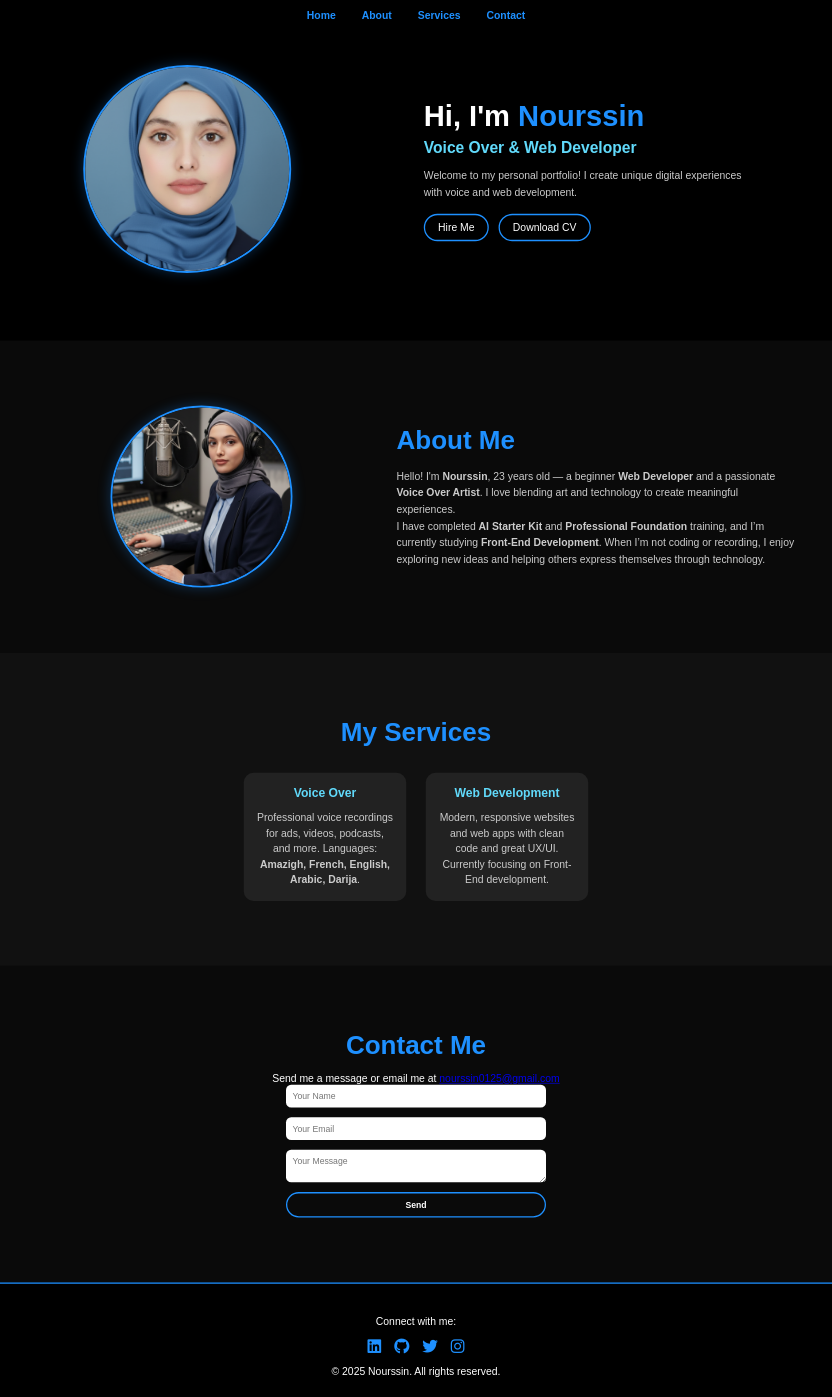
Repository: Abidar-Noura/portfolio
Page: index.html
The author's editor kept a copy of each file at every save. The page is drawn from the files as they stood at one save, then again after the next save.
The browser window is 1280 px wide. The pictures show the whole page, at 65% of full size.

Above is the page before, as saved 2025-11-02 13:37:21.

### index.html
<!DOCTYPE html>
<html lang="en">
<head>
  <link rel="stylesheet" href="https://cdnjs.cloudflare.com/ajax/libs/font-awesome/6.4.0/css/all.min.css"/>
  <meta charset="UTF-8">
  <meta name="viewport" content="width=device-width, initial-scale=1.0">
  <title>Portfolio - Nourssin</title>
  <link rel="stylesheet" href="style.css">
</head>
<body>

  <!-- ===== HEADER / NAVIGATION ===== -->
  <header>
    <nav>
      <ul>
        <li><a href="#home">Home</a></li>
        <li><a href="#about">About</a></li>
        <li><a href="#services">Services</a></li>
        <li><a href="#contact">Contact</a></li>
      </ul>
    </nav>
  </header>

  <!-- ===== HOME SECTION ===== -->
  <section class="home" id="home">
    <div class="home-content">
      <h1>Hi, I'm <span>Nourssin</span></h1>
      <h2>Voice Over & Web Developer</h2>
      <p>Welcome to my personal portfolio! I create unique digital experiences with voice and web development.</p>

      <div class="buttons">
        <a href="#contact" class="btn hire">Hire Me</a>
        <a href="files/Nourssin-CV.pdf" class="btn" download>Download CV</a>

      </div>
    </div>
    <div class="home-img">
      <img src="images/profile.png" alt="Nourssin Profile">
    </div>
  </section>



  <!-- ===== ABOUT SECTION ===== -->
 <section id="about" class="about">
  <div class="about-content">

    <!-- الصورة فاليسار -->
    <div class="about-img">
      <img src="images/nourssin-about.png" alt="Nourssin About Photo">
    </div>

    <!-- النص فاليمين -->
    <div class="about-text">
      <h2>About Me</h2>
      <p>
        Hello! I'm <strong>Nourssin</strong>, 23 years old — a beginner <strong>Web Developer</strong> and a passionate <strong>Voice Over Artist</strong>.
        I love blending art and technology to create meaningful experiences.
      </p>
      <p>
        I have completed <strong>AI Starter Kit</strong> and <strong>Professional Foundation</strong> training, and I’m currently studying <strong>Front-End Development</strong>.
        When I’m not coding or recording, I enjoy exploring new ideas and helping others express themselves through technology.
      </p>
    </div>

  </div>
</section>




  <!-- ===== SERVICES SECTION ===== -->
  <section id="services" class="services">
  <h2>My Services</h2>

  <div class="service-cards">

    <!-- Voice Over -->
    <div class="card">
      <h3>Voice Over</h3>
      <p>
        Professional voice recordings for ads, videos, podcasts, and more.
        Languages: <strong>Amazigh, French, English, Arabic, Darija</strong>.
      </p>
    </div>

    <!-- Web Development -->
    <div class="card">
      <h3>Web Development</h3>
      <p>
        Modern, responsive websites and web apps with clean code and great UX/UI.
        Currently focusing on Front-End development.
      </p>
    </div>

  </div>
</section>

  <!-- ===== CONTACT SECTION ===== -->
  <section class="contact" id="contact">
    <h2>Contact Me</h2>
    <p>Send me a message or email me at <a href="mailto:nourssin0125@gmail.com">nourssin0125@gmail.com</a></p>
    <form>
      <input type="text" placeholder="Your Name" required>
      <input type="email" placeholder="Your Email" required>
      <textarea placeholder="Your Message" required></textarea>
      <button type="submit">Send</button>
    </form>
  </section>
<!-- ===== FOOTER ===== -->
<footer>
  <p>Connect with me:</p>
  <div class="footer-socials">
    <a href="www.linkedin.com/in/noura-abidar" target="_blank"><i class="fab fa-linkedin"></i></a>
    <a href="https://github.com/Nourssin" target="_blank"><i class="fab fa-github"></i></a>
    <a href="https://x.com/Nourssin261505" target="_blank"><i class="fab fa-twitter"></i></a>
    <a href="https://www.instagram.com/nour.ssin.08" target="_blank"><i class="fab fa-instagram"></i></a>
  </div>
  <p>&copy; 2025 Nourssin. All rights reserved.</p>
</footer>

</body>
</html>

### style.css
/* ===== RESET ===== */
* {
  margin: 0;
  padding: 0;
  box-sizing: border-box;
  font-family: 'Poppins', sans-serif;
}

/* ===== BODY ===== */
body {
  background-color: #000;
  color: #fff;
  scroll-behavior: smooth;
}

/* ===== HEADER ===== */
header {
  position: fixed;
  top: 0;
  width: 100%;
  background-color: #000;
  z-index: 1000;
  padding: 15px 0;
}

header nav ul {
  display: flex;
  justify-content: center;
  list-style: none;
  gap: 40px;
}

header nav ul li a {
  text-decoration: none;
  color: #1E90FF;
  font-weight: bold;
  transition: 0.3s;
}

header nav ul li a:hover {
  color: #61dafb;
}

/* ===== HOME SECTION ===== */
.home {
  display: flex;
  align-items: center;
  justify-content: space-between;
  padding: 100px 10%;
  background-color: #000;
  color: #fff;
  flex-wrap: wrap;
}

/* الصورة فاليسار */
.home-img {
  order: 1;
}

.home-img img {
  width: 320px;
  height: 320px;
  border-radius: 50%;
  border: 3px solid #1E90FF;
  object-fit: cover;
  box-shadow: 0 0 20px rgba(30,144,255,0.3);
  transition: transform 0.3s ease;
}

.home-img img:hover {
  transform: scale(1.05) rotate(2deg);
}

/* النص فاليمين */
.home-content {
  max-width: 500px;
  order: 2;
}

.home-content h1 {
  font-size: 2.8rem;
  margin-bottom: 10px;
}

.home-content h1 span {
  color: #1E90FF;
}

.home-content h2 {
  color: #61dafb;
  font-size: 1.5rem;
  margin-bottom: 15px;
}

.home-content p {
  color: #ccc;
  margin-bottom: 20px;
  line-height: 1.6;
}

.buttons {
  display: flex;
  gap: 15px;
}

.btn {
  text-decoration: none;
  color: white;
  padding: 10px 20px;
  border: 2px solid #1E90FF;
  border-radius: 25px;
  transition: 0.3s;
}

.btn:hover {
  background-color: #1E90FF;
  color: black;
}

/* ===== ABOUT SECTION ===== */
.about {
  padding: 100px 50px;
  background-color: #0a0a0a;
  color: #fff;
}

.about-content {
  display: flex;
  align-items: center;
  justify-content: space-between;
  gap: 40px;
  flex-wrap: wrap;
}

.about-text {
  flex: 1 1 400px;
}

.about-text h2 {
  color: #1E90FF;
  font-size: 2.5rem;
  margin-bottom: 20px;
}

.about-text p {
  color: #ccc;
  line-height: 1.6;
}

.about-img {
  flex: 1 1 300px;
  display: flex;
  justify-content: center;
}

.about-img img {
  width: 280px;
  height: 280px;
  border-radius: 50%;
  border: 3px solid #1E90FF;
  object-fit: cover;
  box-shadow: 0 0 20px rgba(30,144,255,0.3);
}

/* ===== SERVICES SECTION ===== */
.services {
  padding: 100px 50px;
  background-color: #111;
  color: #fff;
  text-align: center;
}

.services h2 {
  color: #1E90FF;
  margin-bottom: 40px;
  font-size: 2.5rem;
}

.service-cards {
  display: flex;
  flex-wrap: wrap;
  gap: 30px;
  justify-content: center;
}

.card {
  background-color: #222;
  padding: 20px;
  border-radius: 15px;
  width: 250px;
  transition: transform 0.3s, box-shadow 0.3s;
}

.card:hover {
  transform: translateY(-10px);
  box-shadow: 0 10px 20px rgba(30, 144, 255, 0.5);
}

.card h3 {
  color: #61dafb;
  margin-bottom: 15px;
}

.card p {
  color: #ccc;
  line-height: 1.5;
}

/* ===== CONTACT SECTION ===== */
.contact {
  padding: 100px 50px;
  background-color: #0a0a0a;
  color: #fff;
  text-align: center;
}

.contact h2 {
  color: #1E90FF;
  margin-bottom: 20px;
  font-size: 2.5rem;
}

.contact form {
  display: flex;
  flex-direction: column;
  gap: 15px;
  max-width: 400px;
  margin: 0 auto;
}

.contact input, .contact textarea {
  padding: 10px;
  border-radius: 8px;
  border: none;
}

.contact button {
  padding: 10px;
  border-radius: 25px;
  border: 2px solid #1E90FF;
  background-color: transparent;
  color: #fff;
  font-weight: bold;
  cursor: pointer;
  transition: 0.3s;
}

.contact button:hover {
  background-color: #1E90FF;
  color: black;
}

/* ===== RESPONSIVE ===== */
@media (max-width: 900px) {
  .home {
    flex-direction: column;
    text-align: center;
  }

  .home-img, .home-content {
    order: unset;
  }

  .home-img img {
    width: 250px;
    height: 250px;
    margin-bottom: 20px;
  }

  .about-content {
    flex-direction: column;
    text-align: center;
  }

  .about-img {
    margin-bottom: 20px;
  }
}
/* ===== Responsive (phones & tablets) ===== */
@media (max-width: 900px) {
  /* نخلي العناصر فوق بعضها */
  .home {
    flex-direction: column;
    text-align: center;
  }

  /* الصورة تطلع فوق */
  .home-img {
    order: 1;
  }

  /* النص ينزل تحت */
  .home-content {
    order: 2;
  }

  .home-img img {
    width: 250px;
    height: 250px;
    margin-bottom: 25px;
  }

  .home-content h1 {
    font-size: 2rem;
  }

  .home-content h2 {
    font-size: 1.2rem;
  }

  .home-content p {
    font-size: 0.95rem;
  }

  .buttons {
    justify-content: center;
  }
}
/* ===== FOOTER ===== */
footer {
  background-color: #000;
  color: #fff;
  text-align: center;
  padding: 40px 20px 20px 20px;
  border-top: 2px solid #1E90FF;
}

footer p {
  margin: 10px 0;
  font-size: 1rem;
}

/* Social Icons Footer */
.footer-socials {
  display: flex;
  justify-content: center;
  gap: 20px;
  margin: 15px 0;
}

.footer-socials a {
  color: #1E90FF;
  font-size: 1.5rem;
  transition: 0.3s;
}

.footer-socials a:hover {
  color: #61dafb;
  transform: scale(1.2);
}

/* ===== Flex Column for full page ===== */
body {
  display: flex;
  flex-direction: column;
  min-height: 100vh;
}

main, .home, .about, .services, .contact {
  flex: 1;
}

After the next save:
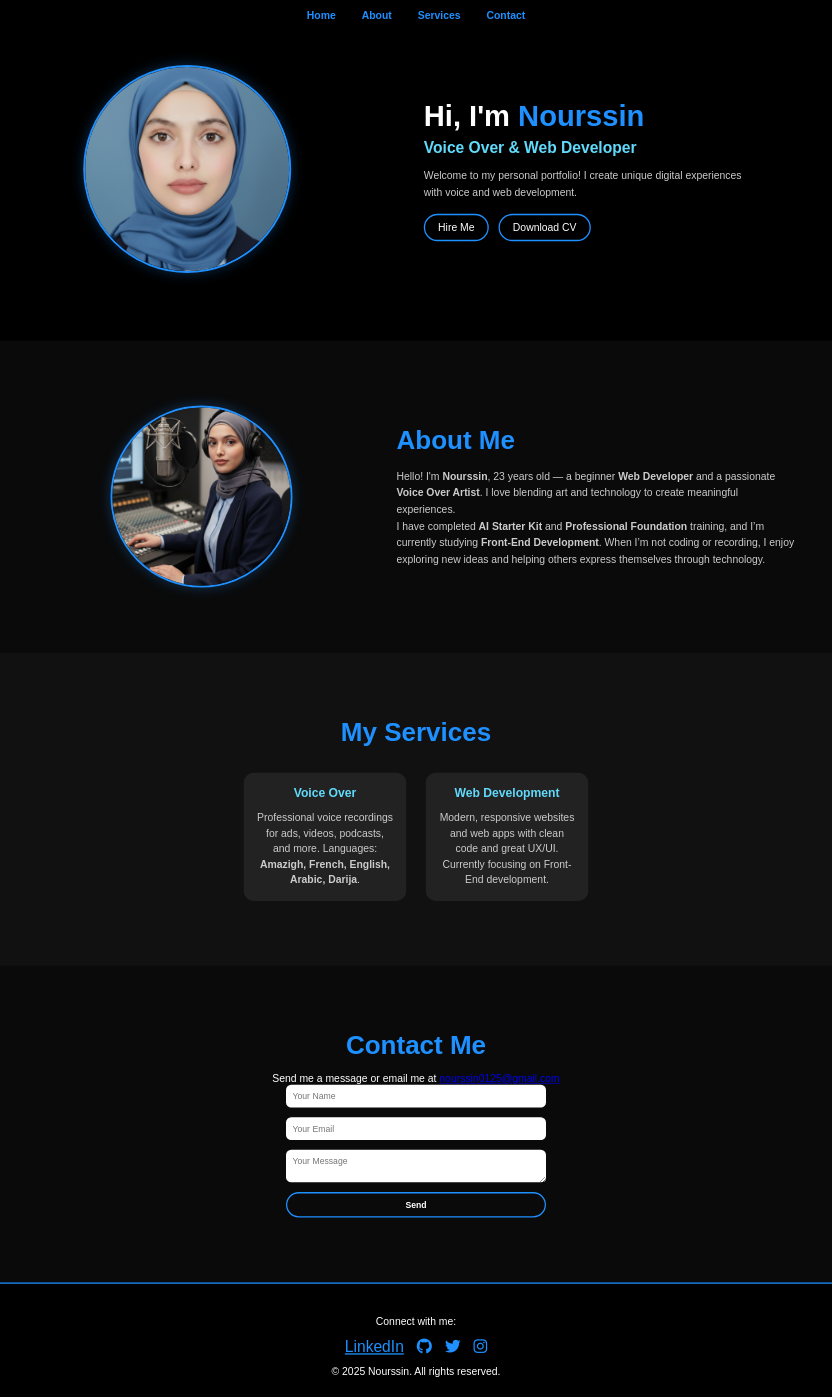
Saved 70 s later.
--- a/index.html
+++ b/index.html
@@ -111,7 +111,7 @@
 <footer>
   <p>Connect with me:</p>
   <div class="footer-socials">
-    <a href="www.linkedin.com/in/noura-abidar" target="_blank"><i class="fab fa-linkedin"></i></a>
+    <a href="https://www.linkedin.com/in/noura-abidar" target="_blank">LinkedIn</a>
     <a href="https://github.com/Nourssin" target="_blank"><i class="fab fa-github"></i></a>
     <a href="https://x.com/Nourssin261505" target="_blank"><i class="fab fa-twitter"></i></a>
     <a href="https://www.instagram.com/nour.ssin.08" target="_blank"><i class="fab fa-instagram"></i></a>

After the save that followed:
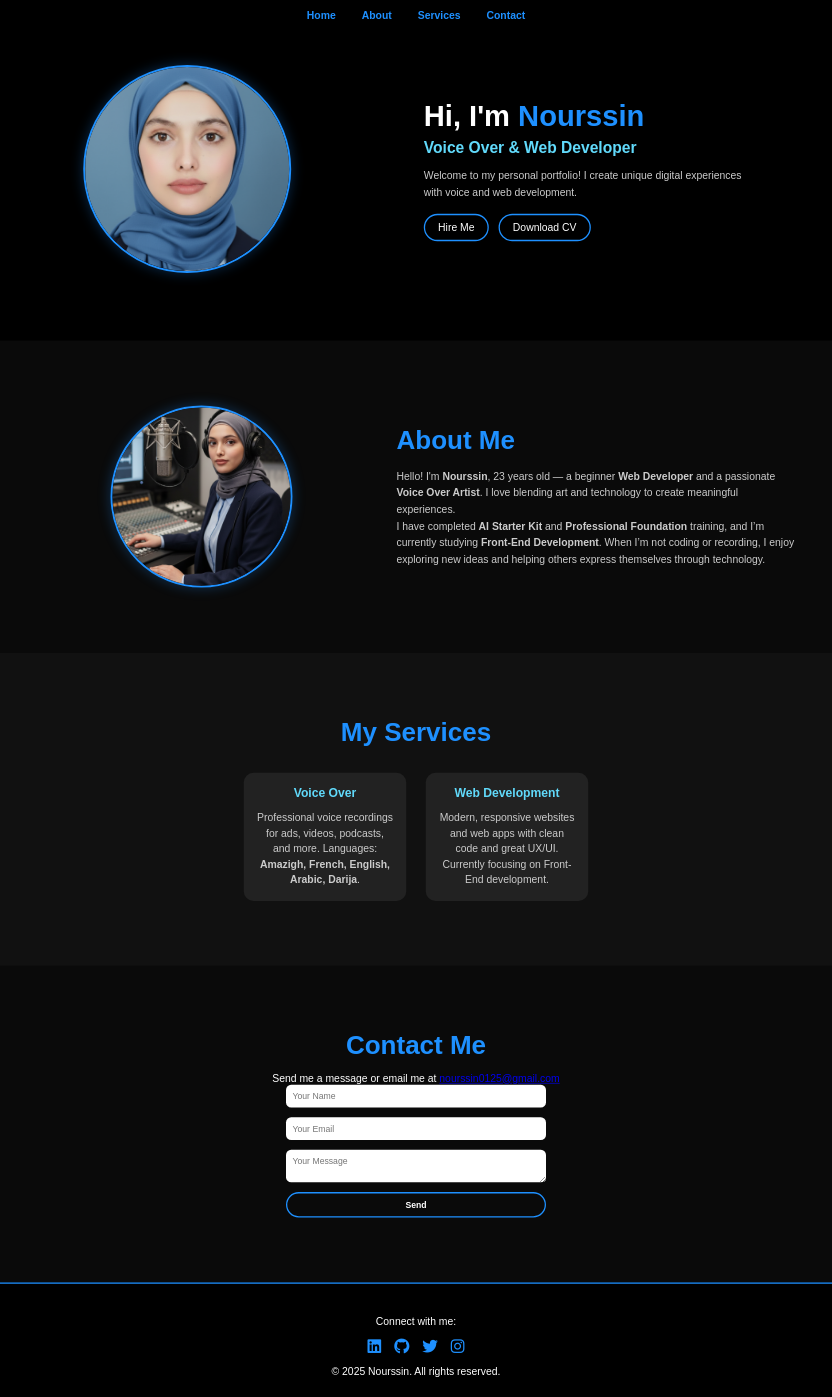
Saved 3 min 25 s later.
--- a/index.html
+++ b/index.html
@@ -111,7 +111,7 @@
 <footer>
   <p>Connect with me:</p>
   <div class="footer-socials">
-    <a href="https://www.linkedin.com/in/noura-abidar" target="_blank">LinkedIn</a>
+    <a href="https://www.linkedin.com/in/noura-abidar" target="_blank"><i class="fab fa-linkedin"></i></a>
     <a href="https://github.com/Nourssin" target="_blank"><i class="fab fa-github"></i></a>
     <a href="https://x.com/Nourssin261505" target="_blank"><i class="fab fa-twitter"></i></a>
     <a href="https://www.instagram.com/nour.ssin.08" target="_blank"><i class="fab fa-instagram"></i></a>
